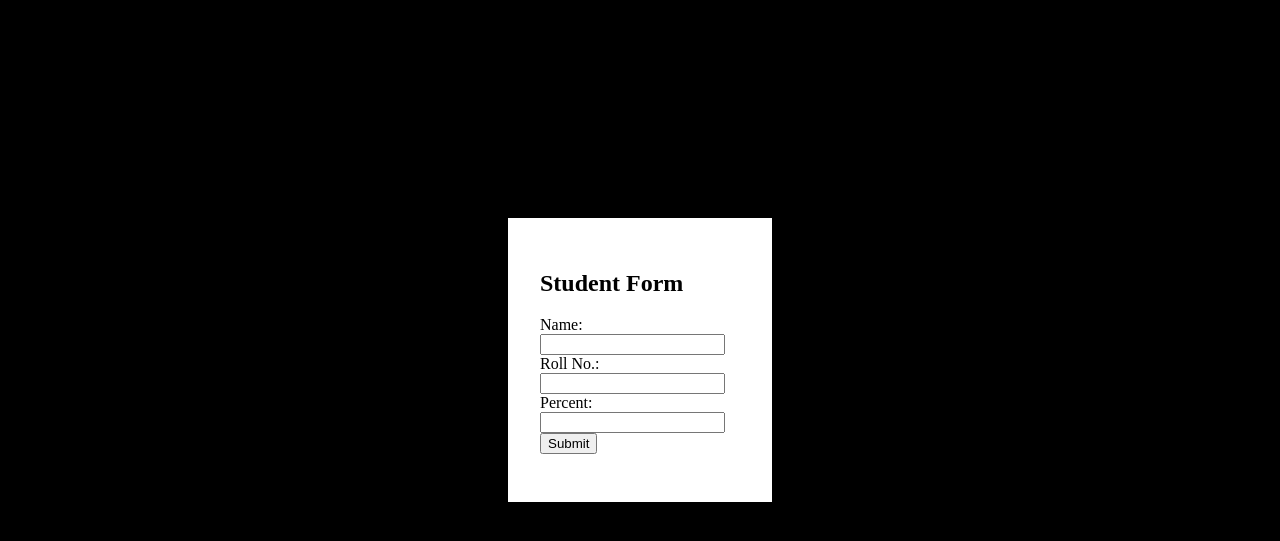
Repository: deeptimahisare1206/Todo_List
Page: http://localhost/Hib_Nest/
An editor plug-in stored every save of this project. The page is shown before and after the next save, followed by the edit.
The browser window is 1280 px wide. The pictures show the whole page.
The page is served by Tomcat 10.

Above is the page before, as saved 2024-11-09 10:52:04.

After the next save:
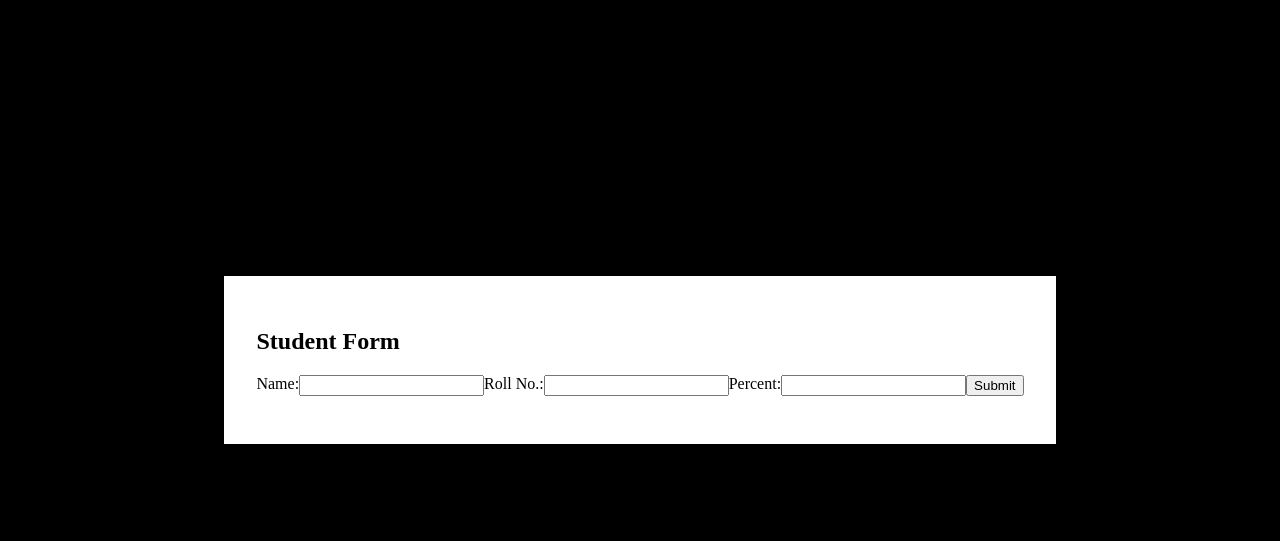
Saved 69 s later.
--- a/Hib_Nest/src/main/webapp/index.jsp
+++ b/Hib_Nest/src/main/webapp/index.jsp
@@ -12,7 +12,9 @@ body {
 div{
 padding:2rem;
 	background-color: white;
-	width: 200px;
+}
+form{
+	display: flex;
 }
 </style>
 </head>
